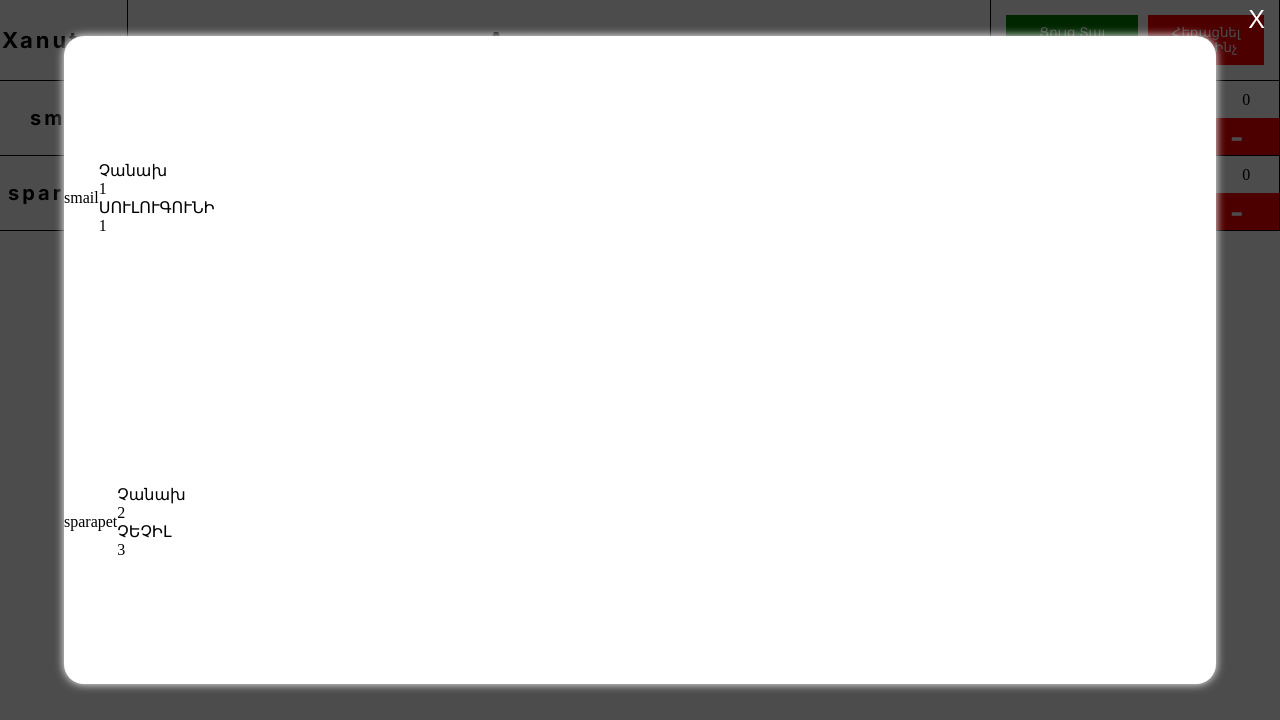
Repository: AbApin/amasia
Page: /
These files come from the project's save history. The page is drawn as it stood at one moment and after a run of saves; the edit follows.
The browser window is 1280 px wide. The pictures show the whole page.
The project was rebuilt for these pictures with package versions that can differ from the ones it lists, and the page was loaded fresh each time. Also part of the build but not shown: vue.config.js.

Above is the page before, as saved 2023-01-28 17:14:41.

After the next 2 saves:
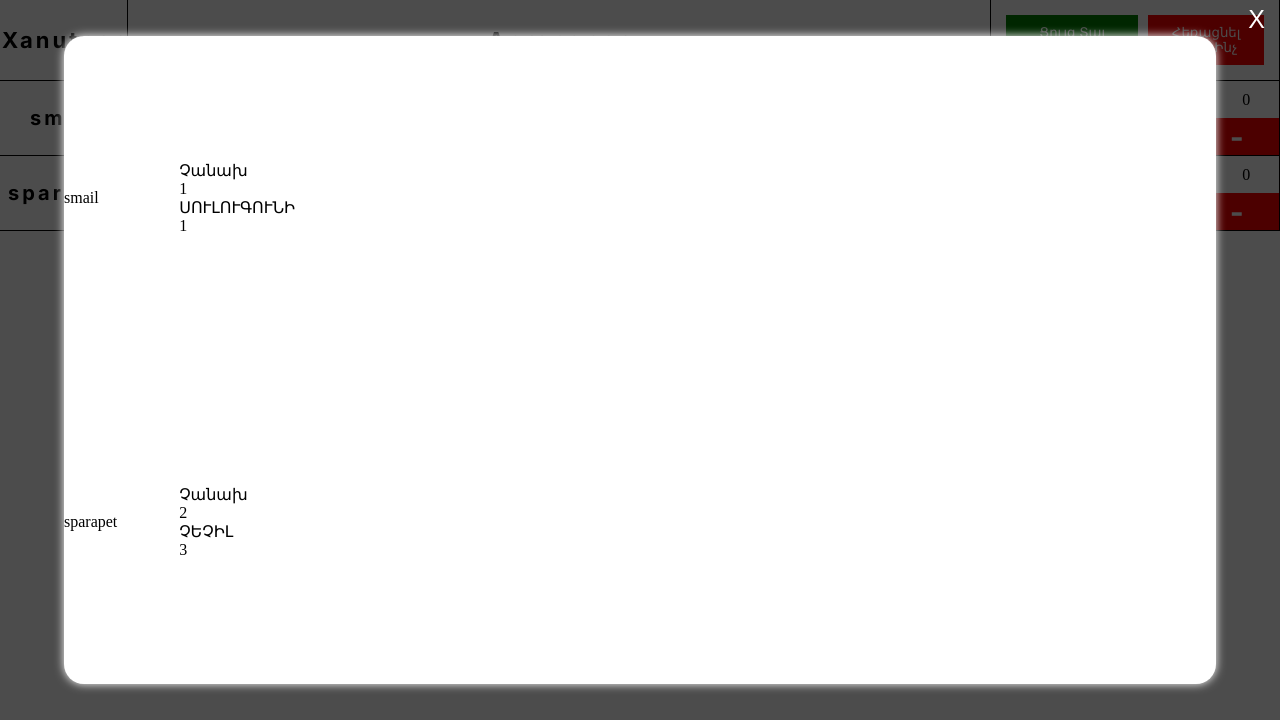
The 2 saves are shown as one change because they came seconds apart.
The last was saved 14 s later.
--- a/src/App.vue
+++ b/src/App.vue
@@ -275,8 +275,8 @@ ul {
   align-items: center;
   flex: 1 1 0;
 }
-.endhanurQanakiListItemXanutiAnun{
-
+.endhanurQanakiListItemXanutiAnun {
+  width: 10%;
 }
 .closeBtn {
   display: inline-block;
